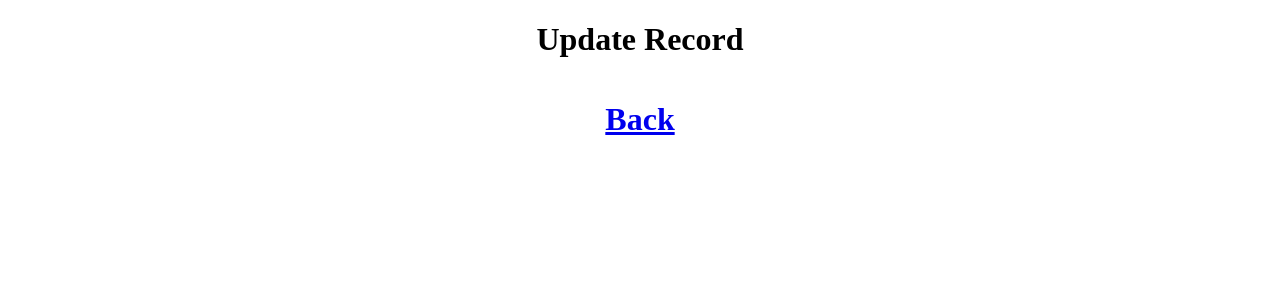
Repository: prathameshhhh12/PizzaShop
Page: http://localhost/Pizzashop/update.jsp
These files come from the project's save history. The page is drawn as it stood at one moment and after the next save; the edit follows.
The browser window is 1280 px wide. The pictures show the whole page.
The page is served by Tomcat 9. Other server files are loaded and not shown.

Above is the page before, as saved 2023-02-13 20:10:11.

### Pizzashop/WebContent/update.jsp
<%@ page language="java" contentType="text/html; charset=ISO-8859-1"
    pageEncoding="ISO-8859-1"%>
<!DOCTYPE html>
<html>
<head>
<meta charset="ISO-8859-1">
<title>Update record</title>
</head>
<body>
<div class="main">
<form method="post" name="myform" onsubmit="return validate();">
<center>
<h1>Update Record</h1>
</center>


<table>
<%@ page import="java.sql.*" %>
<%@page import="com.db.utils.DbConnection"%>
<%try
{
	 Connection con = DbConnection.init();
     Statement st = con.createStatement();
if(request.getParameter("edit")!=null)
{
int id=Integer.parseInt(request.getParameter("edit"));
String item_name,price_rupee;

PreparedStatement pstmt=null; // create statement
pstmt=con.prepareStatement("select * from items where id=?"); // sql select q
pstmt.setInt(1,id);
ResultSet rs=pstmt.executeQuery(); // execute query store in resultset object
while(rs.next())
{
id=rs.getInt(1);
item_name=rs.getString(2);
price_rupee=rs.getString(3);
%>
<tr>
<td>Pizza Name</td>
<td><input type="text" name="item_name" value="<%=item_name %>"></td>
</tr>
<tr>
<td>Price</td>
<td><input type="text" name="price" value="<%=price_rupee %>"></td>
</tr>
<tr>
<td><input type="submit" name="btn-update" value="Update"></td>
</tr>
<input type="hidden" name="txt_hide" value="<%=id %>">
<%
}
}
}
catch(Exception e)
{
out.println(e);
}
%>
</table>



<%@page import="com.db.utils.DbConnection"%>
<%@ page import ="java.sql.*"%>
<%
try
{
	 Connection con = DbConnection.init();
     Statement st = con.createStatement();
if(request.getParameter("btn-update")!=null)
{
	int hide;
	String item_name,price_rupee;
	hide=Integer.parseInt(request.getParameter("txt_hide")); //it is hidden id get f
	item_name=request.getParameter("item_name"); //txt_name
	price_rupee=request.getParameter("price"); //txt_owner
	PreparedStatement pstmt=null; //create statement
	pstmt=con.prepareStatement("update items set item_name=?, price_rupee=? where id=?"); //sq
	pstmt.setString(1,item_name);
	pstmt.setString(2,price_rupee);
	pstmt.setInt(3,hide);
	pstmt.executeUpdate(); //execute query
	con.close(); //connection close
	out.println("Update Successfully...! Click Back link."); //after update record s
	}
	}
	catch(Exception e)
	{
	out.println(e);
	}
	%>
	<center>
<h1><a href="addeditPizza.jsp">Back</a></h1>
</center>
</form>
</div>
</body>
</html>

### Pizzashop/src/com/db/utils/DbConnection.java
/*
 * To change this license header, choose License Headers in Project Properties.
 * To change this template file, choose Tools | Templates
 * and open the template in the editor.
 */
package com.db.utils;
//import com.mysql.jdbc.Connection;
import java.sql.* ;
import java.sql.DriverManager;
import java.sql.SQLException;


public class DbConnection {

    final static String DB_NAME = "pizza";
    final static String CONNECTION_URL = "jdbc:mysql://localhost:3306/" + DB_NAME;
    final static String USERNAME = "root";
    final static String PASSWORD = "root123";

    public static Connection init() throws ClassNotFoundException, SQLException {
        Class.forName("com.mysql.jdbc.Driver");
        return (Connection) DriverManager.getConnection(CONNECTION_URL, USERNAME, PASSWORD);
    }
}

After the next save:
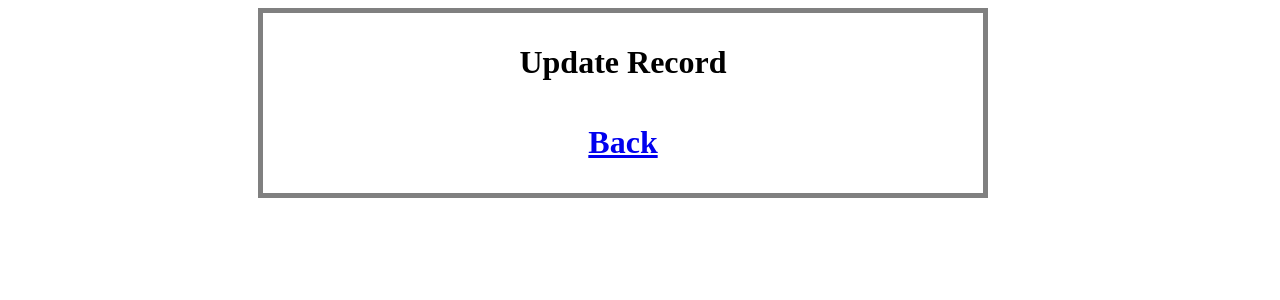
Saved 10 h 31 min later.
--- a/Pizzashop/WebContent/update.jsp
+++ b/Pizzashop/WebContent/update.jsp
@@ -97,3 +97,25 @@
 </div>
 </body>
 </html>
+
+<style type="text/css">
+.main
+{
+width:700px;;
+margin-left:250px;
+padding: 10px;
+border: 5px solid grey;
+}
+table
+{
+font-family: arial, sans-serif;
+border-collapse: collapse;
+width: 600px;
+}
+td
+{
+border: 5px solid silver;
+text-align: left;
+padding: 8px;
+}
+</style>
